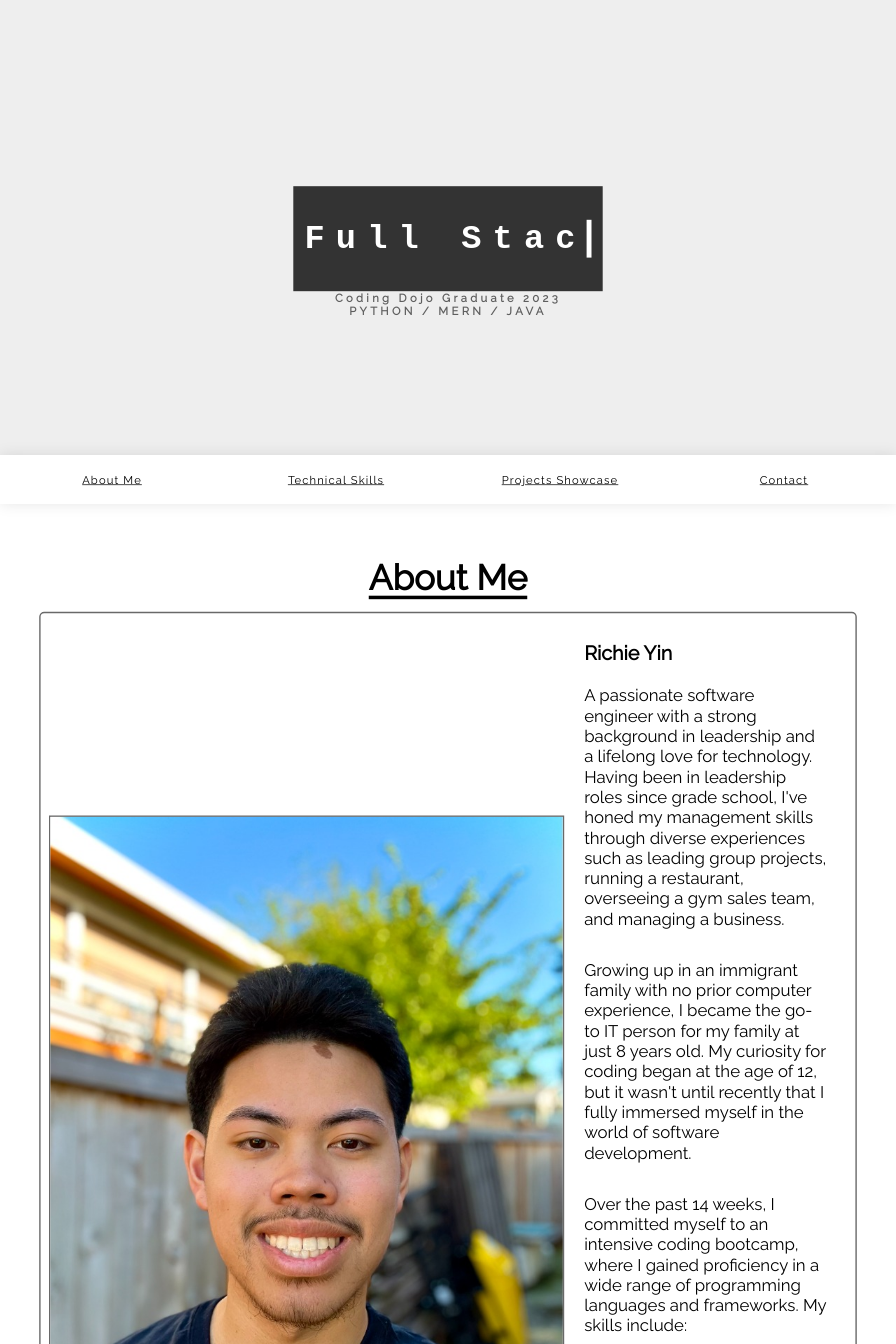
Repository: RICHIE-YIN/Personal-Portfolio
Page: index.html
The author's editor kept a copy of each file at every save. The page is drawn from the files as they stood at one save, then again after the next save.
The browser window is 1280 px wide. The pictures show the part of the page from y = 0 to 1920 px (the page is 4183 px tall), at 70% of full size.
Some web fonts or font styles are not loaded; a fallback is used.

Above is the page before, as saved 2023-06-12 18:07:26.
Console error: ReferenceError: $ is not defined

After the next save:
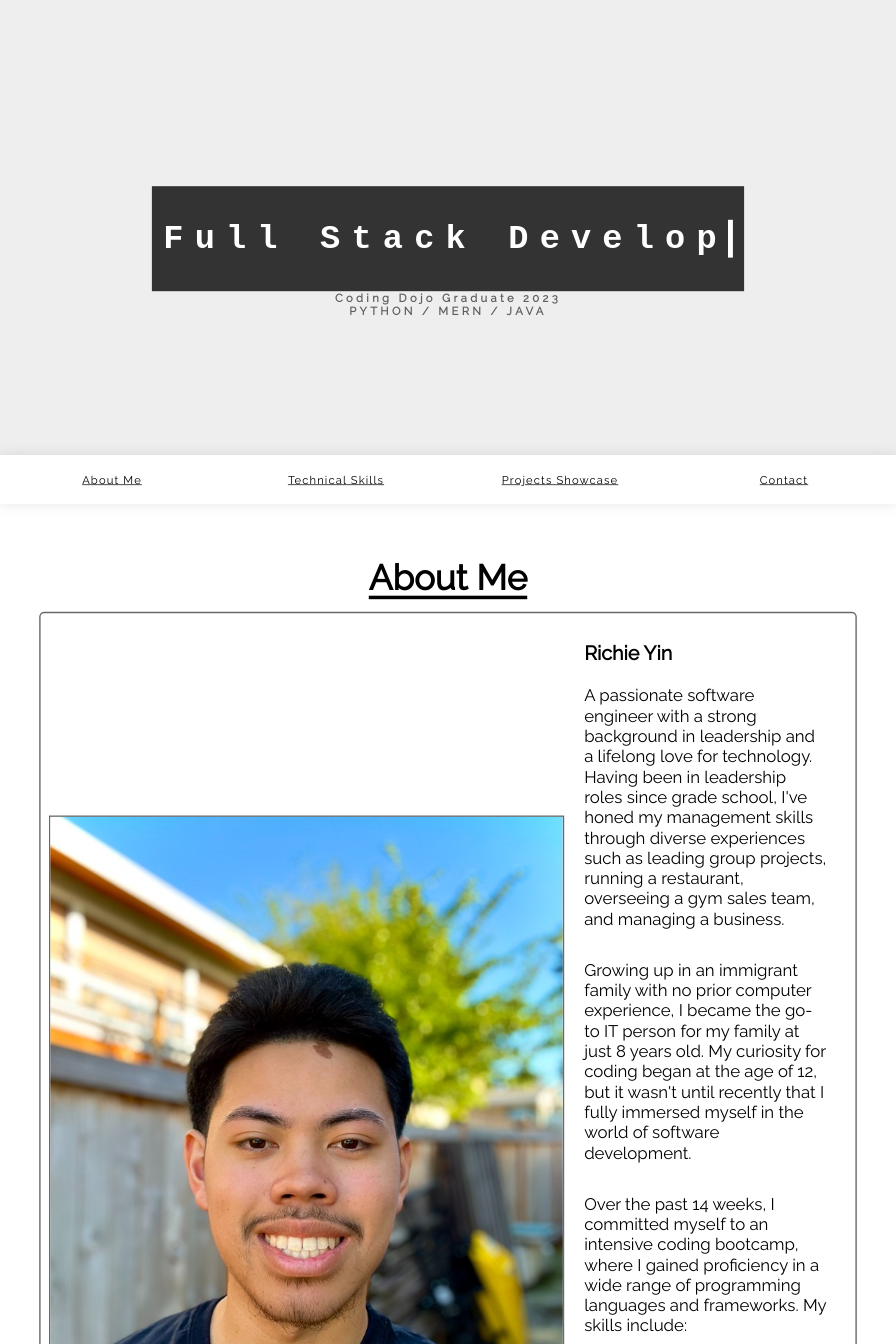
Saved 60 s later.
--- a/script.js
+++ b/script.js
@@ -1,3 +1,53 @@
+const typewriterElements = document.querySelectorAll('.typewriter h1');
+typewriterElements.forEach((element) => {
+  element.innerHTML = element.innerHTML.trim();
+});
+
+typewriterElements.forEach((element, index) => {
+  setTimeout(() => {
+    element.classList.remove('hidden');
+  }, index * 2000); // Delay each text by 2 seconds
+});
+
+function openPopup(projectId) {
+  document.getElementById(projectId).style.display = 'block';
+}
+
+function closePopup(projectId) {
+  document.getElementById(projectId).style.display = 'none';
+}
+
+function projectPopup(idx) {
+  let popup = document.querySelector(".project-popup");
+  let popupContent = document.querySelector(".project-popup-content");
+  let gifSrc = `your-gif-source-${idx}.gif`;
+  let projectLink = `your-project-link-${idx}`;
+
+  popupContent.innerHTML = `
+      <div class="gif-container">
+          <img src="${gifSrc}" alt="Project gif" />
+      </div>
+      <div class="link-container">
+          <a href="${projectLink}" target="_blank">Check out the project</a>
+          <button onclick="closePopup()">Close</button>
+      </div>
+  `;
+  popup.style.display = "block";
+}
+
+window.addEventListener('scroll', function () {
+	var navbar = document.getElementById('navbar');
+	var firstSection = document.querySelector('.first-section'); // Replace this with the correct selector for your first section
+	var rect = firstSection.getBoundingClientRect();
+	var navbarPosition = rect.top + rect.height - navbar.offsetHeight;
+
+	if (window.pageYOffset >= navbarPosition) {
+		navbar.classList.add('sticky');
+	} else {
+		navbar.classList.remove('sticky');
+	}
+});
+
 const textElement = document.getElementById('text');
 const phrases = ['Richie Yin', 'Full Stack Developer'];
 let index = 0;
@@ -27,17 +77,9 @@ function typeWriter() {
     }
 
     setTimeout(typeWriter, typeSpeed);
-
-    // Check if the text overflows the container
-    if (textElement.scrollWidth > textElement.clientWidth) {
-        textElement.style.animation = "none"; // Disable the animation
-    } else {
-        textElement.style.animation = ""; // Enable the animation
-    }
 }
 
 typeWriter();
-
 
 class StickyNavigation {
 
